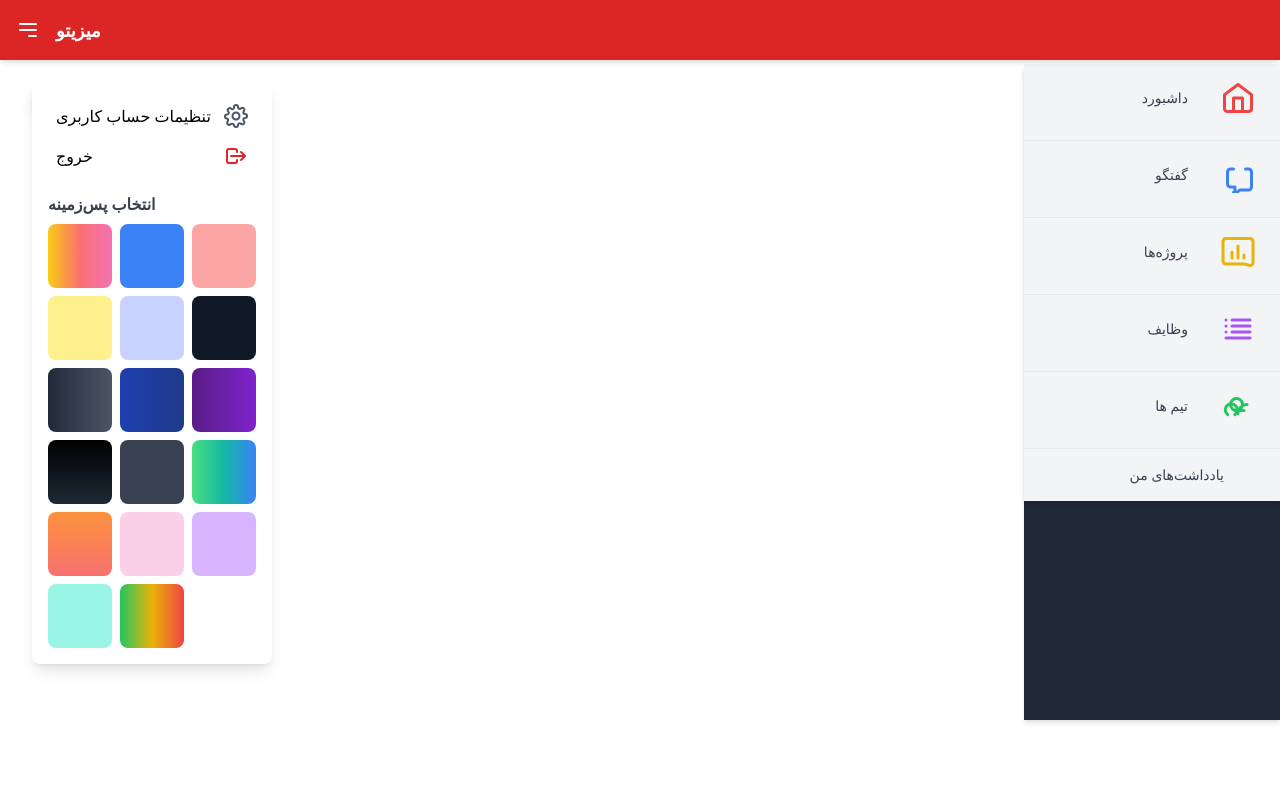
Repository: spnovaa/work-hive
Page: / (app in front_end/), after clicking the first element matching `div.z-0`
These files come from the project's save history. The page is drawn as it stood at one moment and after the next save; the edit follows.
The browser window is 1280 px wide. The pictures show the whole page.
The page's requests for data from a server got no answer. The project was rebuilt for these pictures with package versions that can differ from the ones it lists, and the page was loaded fresh each time. No one was signed in, and anything a server would have sent is missing. Also part of the build but not shown: front_end/src/api/auth.js, front_end/src/components/loadingSpinner.jsx, front_end/src/pages/login.jsx, front_end/src/pages/registration.jsx, front_end/src/common/axiosInstance.js, front_end/src/components/profile/profileSettingsModal.jsx, front_end/src/components/project/projectCardComponent.jsx, front_end/src/components/project/projectDashboard.jsx and 9 more.

Above is the page before, as saved 2025-01-18 14:31:25.

### front_end/src/index.js
import React from 'react';
import ReactDOM from 'react-dom/client'; // Import from 'react-dom/client' for React 18+
import './styles/globals.css';
import App from './App';

// Create a root element for rendering the React application
const root = ReactDOM.createRoot(document.getElementById('root'));

// Use the new `render` method for React 18+
root.render(
  <React.StrictMode>
    <App />
  </React.StrictMode>
);

### front_end/src/App.jsx
import React, { useState } from 'react';
import { BrowserRouter as Router, Routes, Route } from 'react-router-dom';
import Login from './pages/login';
import Registration from './pages/registration';
import Home from './pages/home';
import ProjectsDashboard from './components/project/projectDashboard.jsx';
import ProjectDetails from './components/project/projectDetails.jsx';
import NewProject from './components/project/newProject.jsx';
import DashboardSidebar from './components/dashboardSidebar';
import TaskPage from './components/task/taskPage.jsx';
import TeamList from './components/team/teamList.jsx';
import TopBar from './components/topBar.jsx';

function App() {
  const [sidebarVisible, setSidebarVisible] = useState(true);

  const toggleSidebar = () => {
    setSidebarVisible((prev) => !prev);
  };

  return (
    <Router>
      <div className="flex flex-col h-screen">
        <div className="w-full bg-red-600 shadow-md fixed top-0 z-20">
          <TopBar toggleSidebar={toggleSidebar} />
        </div>

        <div className="flex flex-grow">
          {sidebarVisible && (
            <div className="w-64 bg-gray-800 fixed top-16 bottom-0 right-0 z-10 shadow-md">
              <DashboardSidebar />
            </div>
          )}
          <div
            className={`flex-grow ${
              sidebarVisible ? 'pr-64' : ''
            } pt-16 p-4 transition-all duration-300`}
          >
            <Routes>
              <Route path="/login" element={<Login />} />
              <Route path="/register" element={<Registration />} />
              <Route path="/" element={<Home />} />
              <Route path="/projects" element={<ProjectsDashboard />} />
              <Route path="/projects/new" element={<NewProject />} />
              <Route path="/projects/:projectId" element={<ProjectDetails />} />
              <Route path="/tasks" element={<TaskPage />} />
              <Route path="/teams" element={<TeamList />} />
            </Routes>
          </div>
        </div>
      </div>
    </Router>
  );
}

export default App;

### front_end/src/pages/home.jsx
import React, { useState } from 'react';
import ProfileSection from '../components/profile/profileSection';
import { useLocation } from 'react-router-dom';
import DashboardSidebar from '../components/dashboardSidebar';
import  ProfileSettingsModal  from '../components/profile/profileSettingsModal.jsx'
function Home() {
  const [isModalOpen, setIsModalOpen] = useState(false);

    const openModal = () => {
        setIsModalOpen(true);
    };

    const closeModal = () => {
        setIsModalOpen(false);
    };
  const location = useLocation();
  const name = location.state?.name || "نام کاربری ناشناس";
  const [background, setBackground] = useState('bg-white');
  const handleBackgroundChange = (bg) => {
    setBackground(bg);
  };
  const getCurrentDate = () => {
    const options = { weekday: 'long', year: 'numeric', month: 'long', day: 'numeric' };
    return new Date().toLocaleDateString('fa-IR', options);
  };
  return (
    <div className={`h-screen ${background} `}>
      <div className="absolute top-20 left-8">
        <ProfileSection
          name={name}
          greeting="ظهر بخیر"
          date={getCurrentDate()}
          onBackgroundChange={handleBackgroundChange}
          onSettingsClick={openModal}
        />
      </div>
      <ProfileSettingsModal show={isModalOpen} onClose={closeModal} />
    </div>
  );
}

export default Home;

### front_end/src/components/dashboardSidebar.jsx
import React from 'react';
import { useNavigate } from 'react-router-dom';

function SidebarItem({ icon, label, onClick }) {
    return (
        <div
            className="className=flex items-center justify-start flex-row-reverse p-4 cursor-pointer hover:bg-gray-100"
            onClick={onClick}
        >
            <div className="flex items-center">
                <span className="text-lg text-gray-700 mr-2">{icon}</span>
                <span className="text-gray-700 text-sm font-medium mr-8">{label}</span>
            </div>

        </div>
    );
}

function DashboardSidebar() {
    const navigate = useNavigate();

    const handleNavigation = (path) => {
        navigate(path);
    };

    return (
        <div className="w-64 bg-gray-100 text-white shadow-md p-0 " dir="rtl" >
            <SidebarItem
                icon={
                    <svg
                        xmlns="http://www.w3.org/2000/svg"
                        className="h-9 w-9 text-red-500"
                        fill="none"
                        viewBox="0 0 24 24"
                        stroke="currentColor"
                    >
                        <path
                            strokeLinecap="round"
                            strokeLinejoin="round"
                            strokeWidth="2"
                            d="M3 9.75L12 3l9 6.75v9.75A2.25 2.25 0 0118.75 21H5.25A2.25 2.25 0 013 19.5V9.75z"
                        />
                        <path
                            strokeLinecap="round"
                            strokeLinejoin="round"
                            strokeWidth="2"
                            d="M9 21V12h6v9"
                        />
                    </svg>
                }
                label="داشبورد"
                onClick={() => handleNavigation('/')}
            />
            <hr className="w-full border-gray-200 mt-2" />
            <SidebarItem
               icon={
                <svg
                  xmlns="http://www.w3.org/2000/svg"
                  className="h-9 w-9 text-blue-500"
                  fill="none"
                  viewBox="0 0 24 24"
                  stroke="currentColor"
                >
                  <path
                    strokeLinecap="round"
                    strokeLinejoin="round"
                    strokeWidth="2"
                    d="M17 8h2a2 2 0 012 2v10a2 2 0 01-2 2h-5.586a1 1 0 00-.707.293l-2.707 2.707A1 1 0 0110 23V20H7a2 2 0 01-2-2V10a2 2 0 012-2h2"
                  />
                </svg>
              }
                label="گفتگو"
                onClick={() => handleNavigation('/conversations')}
            />
              <hr className="w-full border-gray-200 mt-2" />
            <SidebarItem
                icon={
                    <svg
                      xmlns="http://www.w3.org/2000/svg"
                      className="h-9 w-9 text-yellow-500"
                      fill="none"
                      viewBox="0 0 24 24"
                      stroke="currentColor"
                    >
                      <path
                        strokeLinecap="round"
                        strokeLinejoin="round"
                        strokeWidth="2"
                        d="M8 16v-4m4 4V8m4 8v-2m0 6H4a2 2 0 01-2-2V5a2 2 0 012-2h16a2 2 0 012 2v14a2 2 0 01-2 2z"
                      />
                    </svg>
                  }
                label="پروژه‌ها"
                onClick={() => handleNavigation('/projects')}
            />
              <hr className="w-full border-gray-200 mt-2" />
            <SidebarItem
               icon={
                <svg
                  xmlns="http://www.w3.org/2000/svg"
                  className="h-9 w-9 text-purple-500"
                  fill="none"
                  viewBox="0 0 24 24"
                  stroke="currentColor"
                >
                  <path
                    strokeLinecap="round"
                    strokeLinejoin="round"
                    strokeWidth="2"
                    d="M8 6h12M8 10h12m-12 4h12M4 6h.01M4 10h.01M4 14h.01M4 18h16"
                  />
                </svg>
              }
                label="وظایف"
                onClick={() => handleNavigation('/tasks')}
            />
              <hr className="w-full border-gray-200 mt-2" />
            <SidebarItem
           icon={
            <svg
              xmlns="http://www.w3.org/2000/svg"
              className="h-9 w-9 text-green-500"
              fill="none"
              viewBox="0 0 24 24"
              stroke="currentColor"
            >
              <path
                strokeLinecap="round"
                strokeLinejoin="round"
                strokeWidth="2"
                d="M5.121 17.804A4 4 0 119.88 17.804M15 11a4 4 0 11-8 0 4 4 0 018 0zm-5 4h6M12 17a6 6 0 016-6"
              />
            </svg>
          }
                label="تیم ها"
                onClick={() => handleNavigation('/teams')}
            />
              <hr className="w-full border-gray-200 mt-2" />
            <SidebarItem
                icon={<i className="fas fa-sticky-note" />}
                label="یادداشت‌های من"
                onClick={() => handleNavigation('/notes')}
            />
        </div>
    );
}

export default DashboardSidebar;

### front_end/src/components/topBar.jsx
import React from 'react';

function TopBar({ toggleSidebar }) {
  return (
    <div className="flex items-center justify-between p-4">
      <div className="flex items-center">
        <button
          onClick={toggleSidebar}
          className="mr-4 cursor-pointer text-white"
        >
          <svg
            xmlns="http://www.w3.org/2000/svg"
            className="h-6 w-6"
            fill="none"
            viewBox="0 0 24 24"
            stroke="currentColor"
          >
            <path
              strokeLinecap="round"
              strokeLinejoin="round"
              strokeWidth="2"
              d="M4 6h16M4 12h16m-7 6h7"
            />
          </svg>
        </button>
        <div className="text-white text-lg font-bold">میزیتو</div>
      </div>
    </div>
  );
}

export default TopBar;

### front_end/src/components/profile/profileSection.jsx
import React, { useState, useEffect, useRef } from 'react';
import ProfileDropdown from './dropdown.jsx';

const ProfileSection = ({ name, greeting, date, onBackgroundChange ,onSettingsClick}) => {
  const [isDropdownOpen, setIsDropdownOpen] = useState(false);
  const dropdownRef = useRef(null);

  const toggleDropdown = () => {
    setIsDropdownOpen((prev) => !prev);
  };

  useEffect(() => {
    const handleClickOutside = (event) => {
      if (dropdownRef.current && !dropdownRef.current.contains(event.target)) {
        setIsDropdownOpen(false);
      }
    };

    document.addEventListener('mousedown', handleClickOutside);
    return () => {
      document.removeEventListener('mousedown', handleClickOutside);
    };
  }, []);

  return (
    <div className="relative">
  <div
    className={`relative z-0 p-4 bg-gradient-to-r from-blue-100 to-blue-200 rounded-lg shadow-md max-w-xs cursor-pointer ${
      isDropdownOpen ? 'hidden' : ''
    }`}
    onClick={toggleDropdown}
  >
    <div className="flex flex-col items-center">
      <div className="bg-gray-300 w-24 h-24 rounded-full flex items-center justify-center mb-4">
        <svg
          xmlns="http://www.w3.org/2000/svg"
          className="h-12 w-12 text-gray-500"
          fill="none"
          viewBox="0 0 24 24"
          stroke="currentColor"
        >
          <path
            strokeLinecap="round"
            strokeLinejoin="round"
            strokeWidth="2"
            d="M12 12c2.21 0 4-1.79 4-4s-1.79-4-4-4-4 1.79-4 4 1.79 4 4 4zM12 14c-4.418 0-8 1.79-8 4m8-4c4.418 0 8 1.79 8 4m-8-4v4"
          />
        </svg>
      </div>
      <h2 className="text-lg font-semibold text-gray-700">{name}</h2>
      <p className="text-sm text-gray-600 mt-1">{greeting}</p>
      <p className="text-sm text-gray-500 mt-1">{date}</p>
    </div>
  </div>

  {isDropdownOpen && (
    <div
      ref={dropdownRef}
      className="absolute top-0 left-0  bg-white rounded-lg shadow-lg p-4 w-full"
    >
      <ProfileDropdown onBackgroundChange={onBackgroundChange} onSettingsClick={onSettingsClick} />
    </div>
  )}
</div>

  );
};

export default ProfileSection;

### front_end/src/components/profile/dropdown.jsx
import React, { useState } from 'react';
import { useNavigate } from 'react-router-dom';
import  ProfileSettingsModal  from './profileSettingsModal.jsx'
const ProfileDropdown  = ({  onBackgroundChange ,onSettingsClick}) => {
  const [isOpen, setIsOpen] = useState(true);
  const [selectedBackground, setSelectedBackground] = useState(null);
  const navigate = useNavigate();
  const handleLogout = () => {
    localStorage.removeItem('authToken');
    localStorage.removeItem('userInfo');
    sessionStorage.clear();
    document.cookie = 'session=; expires=Thu, 01 Jan 2012 00:00:00 UTC; path=/;';
    navigate('/login');
  };
  const backgrounds = [
    'bg-gradient-to-r from-yellow-400 via-red-400 to-pink-400',
    'bg-blue-500',
    'bg-red-300',
    'bg-yellow-200',
    'bg-indigo-200',

    // Dark mode
    'bg-gray-900',
    'bg-gradient-to-r from-gray-800 via-gray-700 to-gray-600',
    'bg-gradient-to-r from-blue-800 to-blue-900',
    'bg-gradient-to-r from-purple-900 via-purple-800 to-purple-700',
    'bg-gradient-to-b from-black to-gray-800',
    'bg-gray-700',
    //gradiant
    'bg-gradient-to-r from-green-400 via-teal-500 to-blue-500',
    'bg-gradient-to-b from-orange-400 to-red-400',
    'bg-pink-200',
    'bg-purple-300',
    'bg-teal-200',
    'bg-gradient-to-l from-red-500 via-yellow-500 to-green-500',

  ];

  const toggleDropdown = () => {
    setIsOpen(!isOpen);
  };

  const handleBackgroundChange = (bg) => {
    setSelectedBackground(bg);
    onBackgroundChange(bg);
    toggleDropdown()
  };

  return (
    <>
        {/* Conditionally render the dropdown div only when isOpen is true */}
        {isOpen && (
            <div
                onClick={(e) => e.stopPropagation()} // Prevent propagation of the click event
                className="absolute top-0 left-0 bg-white rounded-lg shadow-lg w-max p-4"
            >
                <div
                    className="flex items-center justify-between p-2 cursor-pointer hover:bg-gray-100 rounded"
                    onClick={() => {
                        onSettingsClick();
                        toggleDropdown();
                    }}
                >
                    <span>تنظیمات حساب کاربری</span>
                    <svg
                        xmlns="http://www.w3.org/2000/svg"
                        className="h-6 w-6 text-gray-600"
                        fill="none"
                        viewBox="0 0 24 24"
                        stroke="currentColor"
                    >
                        <path
                            strokeLinecap="round"
                            strokeLinejoin="round"
                            strokeWidth="2"
                            d="M12 15.5a3.5 3.5 0 100-7 3.5 3.5 0 000 7zM19.4 15a1.77 1.77 0 00.32 1.8l.05.06a2 2 0 11-2.83 2.83l-.06-.05a1.77 1.77 0 00-1.8-.32 1.77 1.77 0 00-1.05 1.61V21a2 2 0 01-4 0v-.13a1.77 1.77 0 00-1.61-1.05 1.77 1.77 0 00-1.8.32l-.06.05a2 2 0 11-2.83-2.83l.05-.06a1.77 1.77 0 00.32-1.8 1.77 1.77 0 00-1.61-1.05H3a2 2 0 010-4h.13a1.77 1.77 0 001.61-1.05 1.77 1.77 0 00-.32-1.8l-.05-.06a2 2 0 112.83-2.83l.06.05a1.77 1.77 0 001.8.32H9a1.77 1.77 0 001.05-1.61V3a2 2 0 014 0v.13a1.77 1.77 0 001.05 1.61 1.77 1.77 0 001.8-.32l.06-.05a2 2 0 112.83 2.83l-.05.06a1.77 1.77 0 00-.32 1.8V9a1.77 1.77 0 001.61 1.05H21a2 2 0 010 4h-.13a1.77 1.77 0 00-1.61 1.05z"
                        />
                    </svg>
                </div>
                <div
                    className="flex items-center justify-between p-2 cursor-pointer hover:bg-gray-100 rounded"
                    onClick={handleLogout}
                >
                    <span>خروج</span>
                    <svg
                        xmlns="http://www.w3.org/2000/svg"
                        className="h-6 w-6 text-red-600"
                        fill="none"
                        viewBox="0 0 24 24"
                        stroke="currentColor"
                    >
                        <path
                            strokeLinecap="round"
                            strokeLinejoin="round"
                            strokeWidth="2"
                            d="M17 16l4-4m0 0l-4-4m4 4H7m6 4v1a2 2 0 01-2 2H5a2 2 0 01-2-2V7a2 2 0 012-2h6a2 2 0 012 2v1"
                        />
                    </svg>
                </div>
                <div className="mt-4">
                    <span className="text-gray-700 font-semibold">انتخاب پس‌زمینه</span>
                    <div className="grid grid-cols-3 gap-2 mt-2">
                        {backgrounds.map((bg, index) => (
                            <div
                                key={index}
                                className={`w-16 h-16 rounded-lg cursor-pointer ${bg} ${
                                    selectedBackground === bg ? 'ring-2 ring-blue-500' : ''
                                }`}
                                onClick={() => handleBackgroundChange(bg)}
                            ></div>
                        ))}
                    </div>
                </div>
            </div>
        )}
    </>
);
};

export default ProfileDropdown;

Loaded but not shown: front_end/public/index.html (common file); front_end/src/styles/globals.css (common file); front_end/tailwind.config.js (common file)

After the next save:
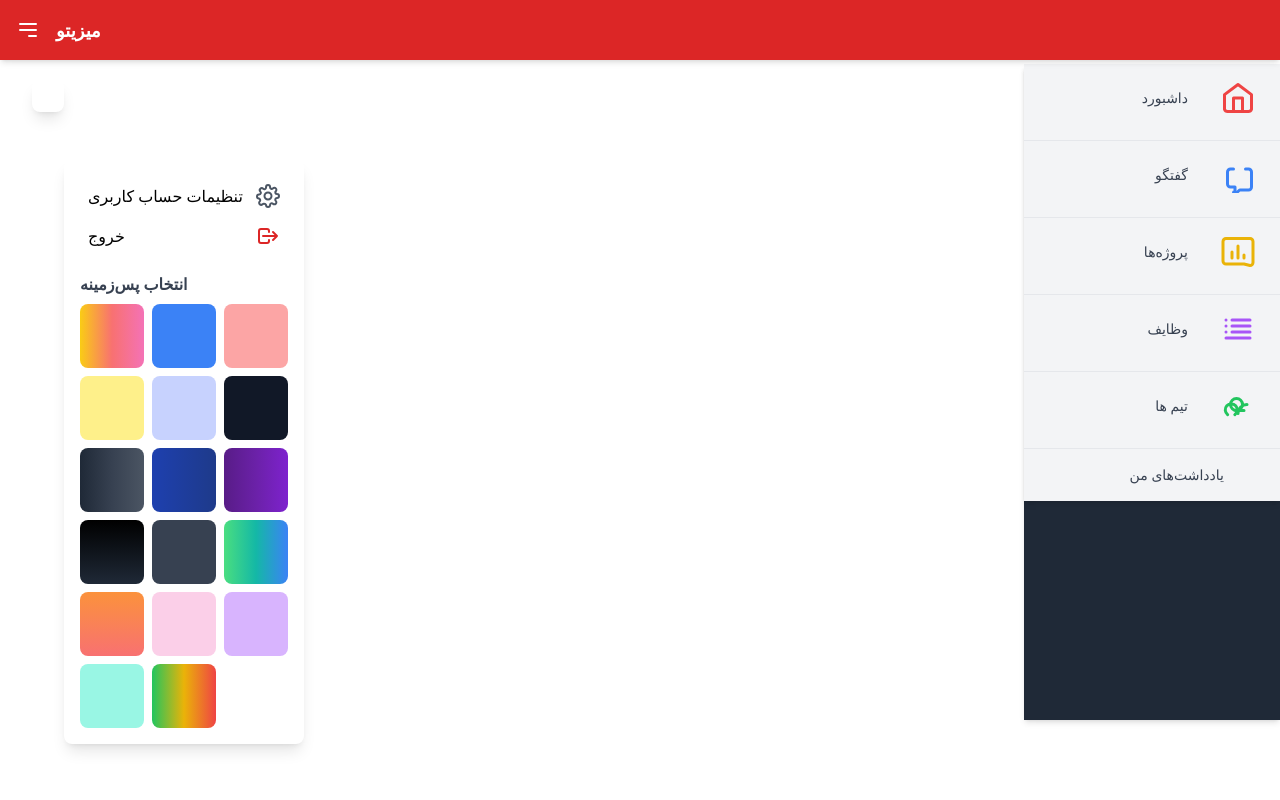
Saved 32 s later.
--- a/front_end/src/components/profile/dropdown.jsx
+++ b/front_end/src/components/profile/dropdown.jsx
@@ -48,11 +48,10 @@ const ProfileDropdown  = ({  onBackgroundChange ,onSettingsClick}) => {
 
   return (
     <>
-        {/* Conditionally render the dropdown div only when isOpen is true */}
         {isOpen && (
             <div
-                onClick={(e) => e.stopPropagation()} // Prevent propagation of the click event
-                className="absolute top-0 left-0 bg-white rounded-lg shadow-lg w-max p-4"
+                onClick={(e) => e.stopPropagation()}
+                className="absolute top-20 left-8 bg-white rounded-lg shadow-lg w-max p-4"
             >
                 <div
                     className="flex items-center justify-between p-2 cursor-pointer hover:bg-gray-100 rounded"
